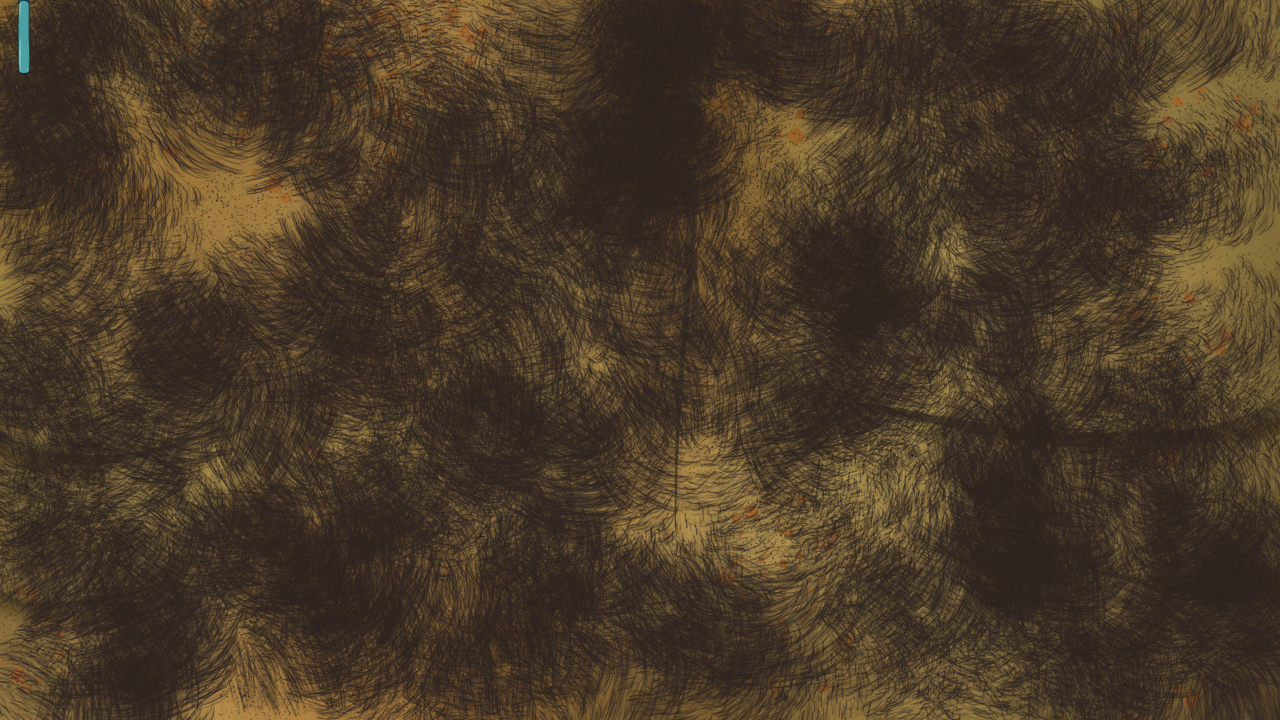
Repository: MaiCrespo/Shave-My-Back
Page: index.html
These files come from the project's save history. The page is drawn as it stood at one moment and after the next save; the edit follows.
The browser window is 1280 px wide. The pictures show the whole page.

Above is the page before, as saved 2026-01-26 21:10:41.

After the next save:
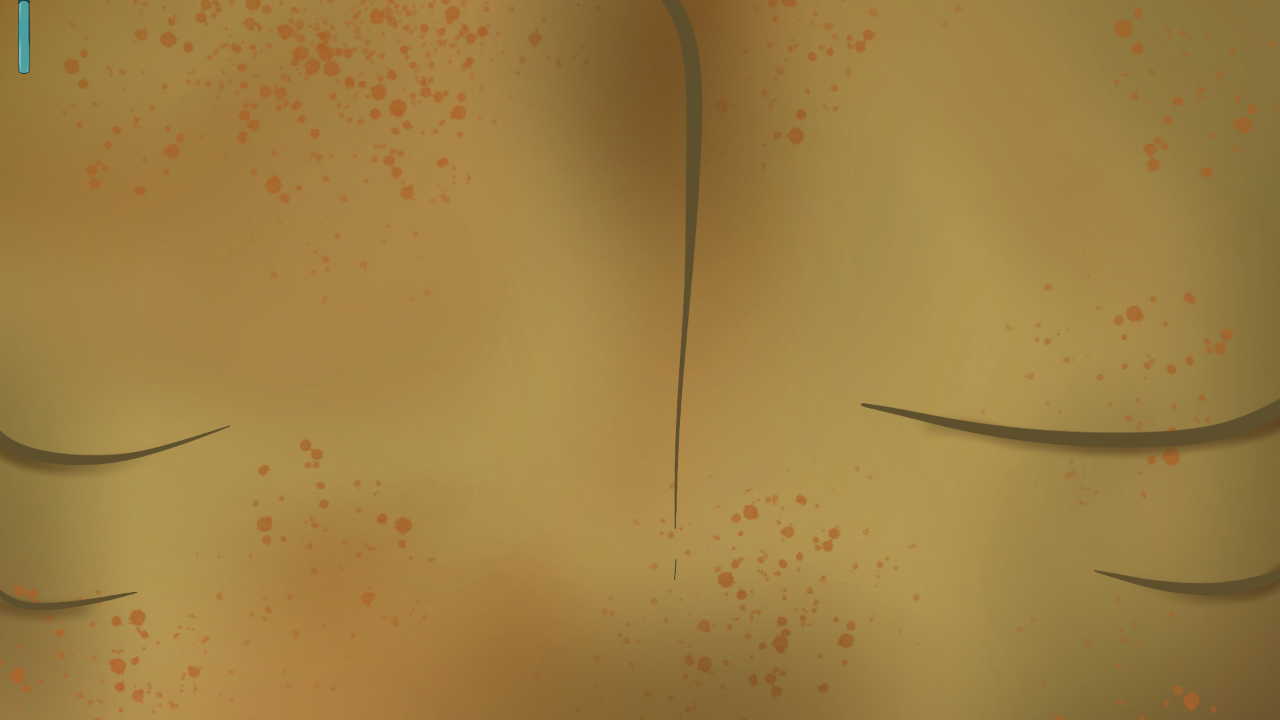
Console error: TypeError: Cannot read properties of null (reading 'getContext')
Saved 3 min 59 s later.
--- a/index.html
+++ b/index.html
@@ -2,12 +2,8 @@
 <html lang="en">
   <head>
     <meta charset="UTF-8" />
-    <title>Shave My Back Simulator</title>
+    <title>Shave My Back - Natural Progression</title>
     <style>
-      /* Remove all default spacing and scrollbars */
-      * {
-        box-sizing: border-box;
-      }
       body,
       html {
         margin: 0;
@@ -18,49 +14,44 @@
         background: #000;
         cursor: none;
       }
-
       #game-container {
         width: 100vw;
         height: 100vh;
-        /* Skin asset will now stretch to fill the entire screen */
         background-image: url("assets/Skin.png");
         background-size: cover;
         background-position: center;
         position: relative;
       }
-
+      /* All canvases stack on top of each other */
       canvas {
-        display: block;
         position: absolute;
         top: 0;
         left: 0;
-        z-index: 10;
+        display: block;
       }
-
       #razor {
         position: fixed;
         pointer-events: none;
         width: 120px;
         z-index: 1000;
-        /* Adjust offset so the blade hits the cursor point */
         transform: translate(-30%, -30%);
       }
-
       .wound {
         position: absolute;
         pointer-events: none;
         width: 80px;
-        z-index: 5;
+        z-index: 2;
       }
     </style>
   </head>
   <body>
     <img id="razor" src="assets/Razor.png" alt="razor" />
-
     <div id="game-container">
-      <canvas id="gameCanvas"></canvas>
+      <canvas id="layer1"></canvas>
+      <canvas id="layer2"></canvas>
+      <canvas id="layer3"></canvas>
+      <canvas id="layer4"></canvas>
     </div>
-
     <script src="app.js"></script>
   </body>
 </html>

After the save that followed:
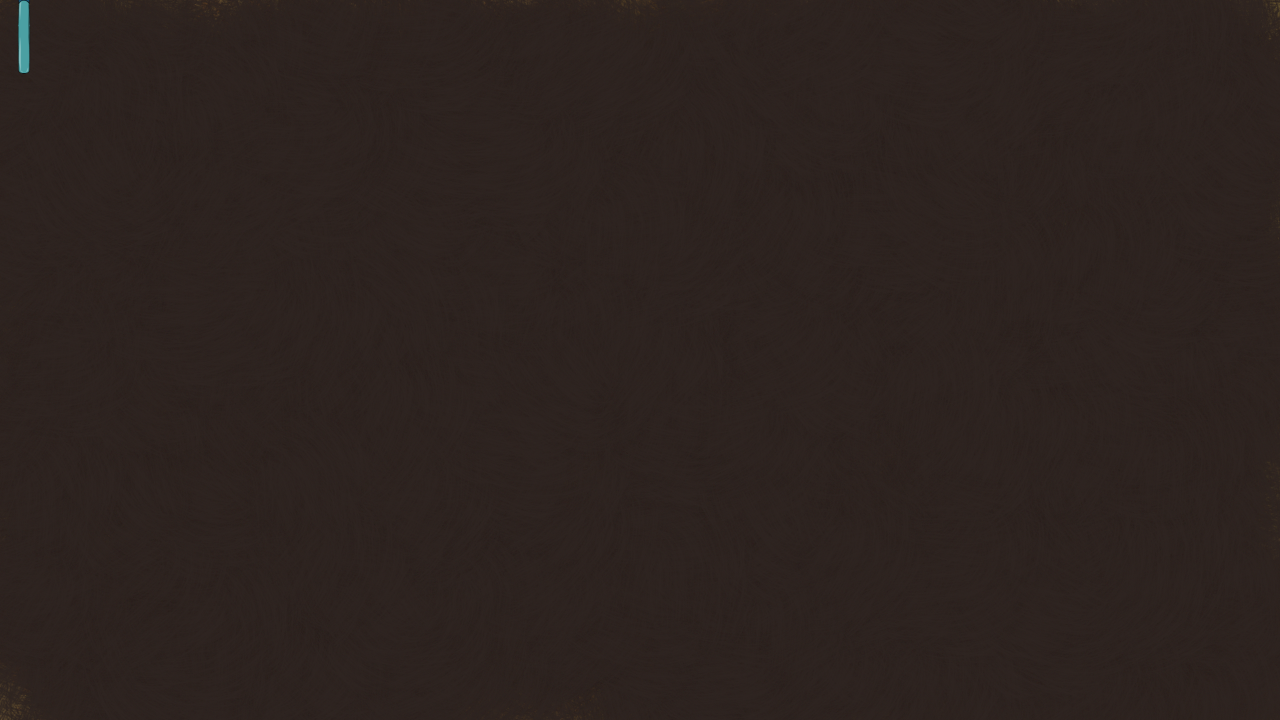
The error is gone.
Saved 15 s later.
--- a/app.js
+++ b/app.js
@@ -1,54 +1,40 @@
-const canvas = document.getElementById("gameCanvas");
-const ctx = canvas.getContext("2d");
 const container = document.getElementById("game-container");
 const razor = document.getElementById("razor");
-
-// Set canvas to full window size
-function resizeCanvas() {
-  canvas.width = window.innerWidth;
-  canvas.height = window.innerHeight;
-}
-resizeCanvas();
-
-const hairFiles = [
-  "assets/HairOne.png",
-  "assets/HairTwo.png",
-  "assets/HairThree.png",
-  "assets/HairFour.png",
+const layers = [
+  { id: "layer1", src: "assets/HairOne.png", ctx: null },
+  { id: "layer2", src: "assets/HairTwo.png", ctx: null },
+  { id: "layer3", src: "assets/HairThree.png", ctx: null },
+  { id: "layer4", src: "assets/HairFour.png", ctx: null },
 ];
 
-const shaveMap = {};
-let imagesLoaded = 0;
-const hairImages = [];
+const shaveHistory = {}; // Tracks depth per area
 
-// Load images and then spawn hairs
-hairFiles.forEach((src, index) => {
-  const img = new Image();
-  img.src = src;
-  img.onload = () => {
-    hairImages[index] = img;
-    imagesLoaded++;
-    if (imagesLoaded === hairFiles.length) {
-      initHairs();
-    }
-  };
-});
+function init() {
+  layers.forEach((layer, index) => {
+    const canvas = document.getElementById(layer.id);
+    canvas.width = window.innerWidth;
+    canvas.height = window.innerHeight;
+    layer.ctx = canvas.getContext("2d");
 
-function initHairs() {
-  // Fill the entire screen. More hairs = denser coverage.
-  const hairDensity = 600;
-  for (let i = 0; i < hairDensity; i++) {
-    const img = hairImages[Math.floor(Math.random() * hairImages.length)];
-    const x = Math.random() * canvas.width;
-    const y = Math.random() * canvas.height;
+    const img = new Image();
+    img.src = layer.src;
+    img.onload = () => fillLayer(layer.ctx, img, index);
+  });
+}
 
+function fillLayer(ctx, img, level) {
+  // Fill the screen with hair. Higher layers (longer hair) get more density.
+  const density = 400 + level * 200;
+  for (let i = 0; i < density; i++) {
+    const x = Math.random() * window.innerWidth;
+    const y = Math.random() * window.innerHeight;
     ctx.save();
     ctx.translate(x, y);
     ctx.rotate(Math.random() * Math.PI);
     ctx.drawImage(img, -75, -75, 150, 150);
     ctx.restore();
   }
-  // Set globalCompositeOperation to 'destination-out' for the shaving effect
+  // Set to eraser mode
   ctx.globalCompositeOperation = "destination-out";
 }
 
@@ -57,26 +43,47 @@ window.addEventListener("mousemove", (e) => {
   razor.style.top = e.clientY + "px";
 
   if (e.buttons === 1) {
-    // While holding left click
-    shave(e.clientX, e.clientY);
+    performNaturalShave(e.clientX, e.clientY);
   }
 });
 
-function shave(x, y) {
-  ctx.beginPath();
-  ctx.arc(x, y, 40, 0, Math.PI * 2);
-  ctx.fill();
+function performNaturalShave(x, y) {
+  const gridKey = `${Math.floor(x / 20)}-${Math.floor(y / 20)}`;
+  shaveHistory[gridKey] = (shaveHistory[gridKey] || 0) + 1;
 
-  // Trigger Wound Logic: Shave "deeper" than stubble
-  const gridKey = `${Math.floor(x / 20)}-${Math.floor(y / 20)}`;
-  shaveMap[gridKey] = (shaveMap[gridKey] || 0) + 1;
+  const depth = shaveHistory[gridKey];
 
-  if (shaveMap[gridKey] === 25) {
-    const wound = document.createElement("img");
-    wound.src = "assets/Wound.png";
-    wound.className = "wound";
-    wound.style.left = x - 40 + "px";
-    wound.style.top = y - 40 + "px";
-    container.appendChild(wound);
+  // Progression Logic:
+  // 0-10 hits: Erase Layer 4 (HairFour)
+  // 11-20 hits: Erase Layer 3 (HairThree)
+  // 21-30 hits: Erase Layer 2 (HairTwo)
+  // 31-40 hits: Erase Layer 1 (HairOne)
+  // 41+ hits: TRIGGER WOUND
+
+  let targetLayer;
+  if (depth <= 10) targetLayer = layers[3].ctx; // HairFour
+  else if (depth <= 20) targetLayer = layers[2].ctx; // HairThree
+  else if (depth <= 30) targetLayer = layers[1].ctx; // HairTwo
+  else if (depth <= 40) targetLayer = layers[0].ctx; // HairOne
+  else if (depth === 41) {
+    spawnWound(x, y);
+    return;
+  }
+
+  if (targetLayer) {
+    targetLayer.beginPath();
+    targetLayer.arc(x, y, 40, 0, Math.PI * 2);
+    targetLayer.fill();
   }
 }
+
+function spawnWound(x, y) {
+  const wound = document.createElement("img");
+  wound.src = "assets/Wound.png";
+  wound.className = "wound";
+  wound.style.left = x - 40 + "px";
+  wound.style.top = y - 40 + "px";
+  container.appendChild(wound);
+}
+
+init();
